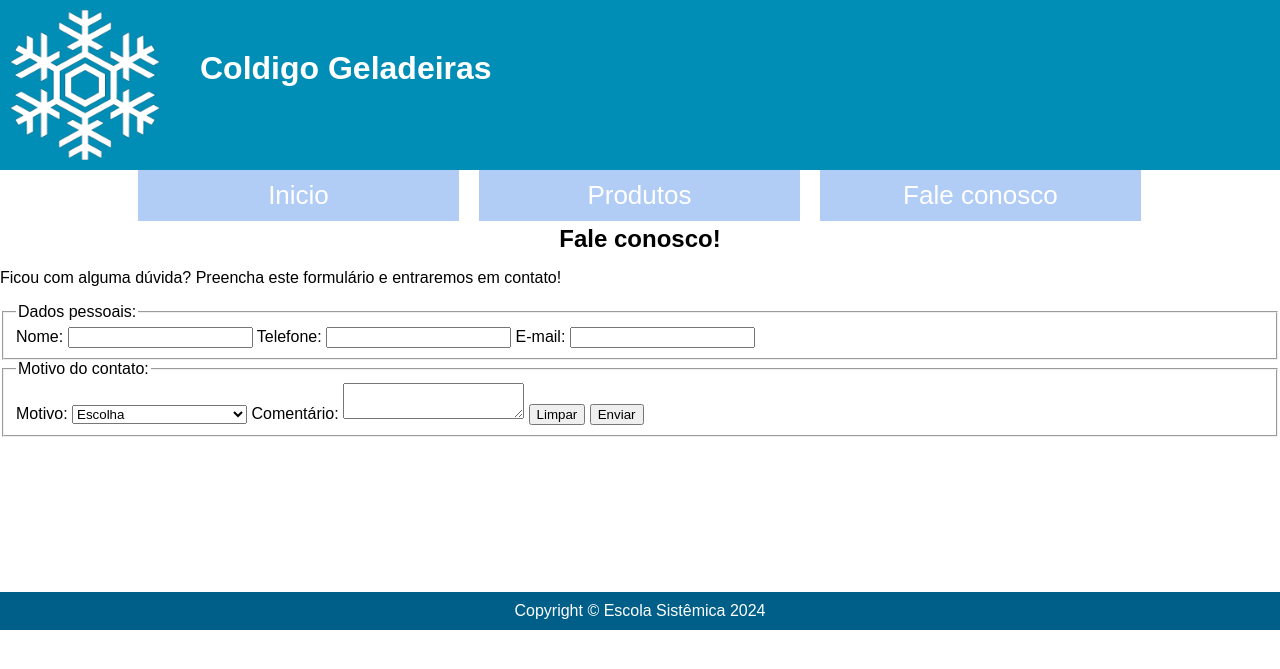
Repository: AndreiLGomes/faculdade
Page: http://localhost/ProjetoTrilhaWeb/pages/site/faleconosco.html
These files come from the project's save history. The page is drawn as it stood at one moment and after the next save; the edit follows.
The browser window is 1280 px wide. The pictures show the whole page.
The page is served by Tomcat 9.

Above is the page before, as saved 2024-04-10 22:31:48.

After the next save:
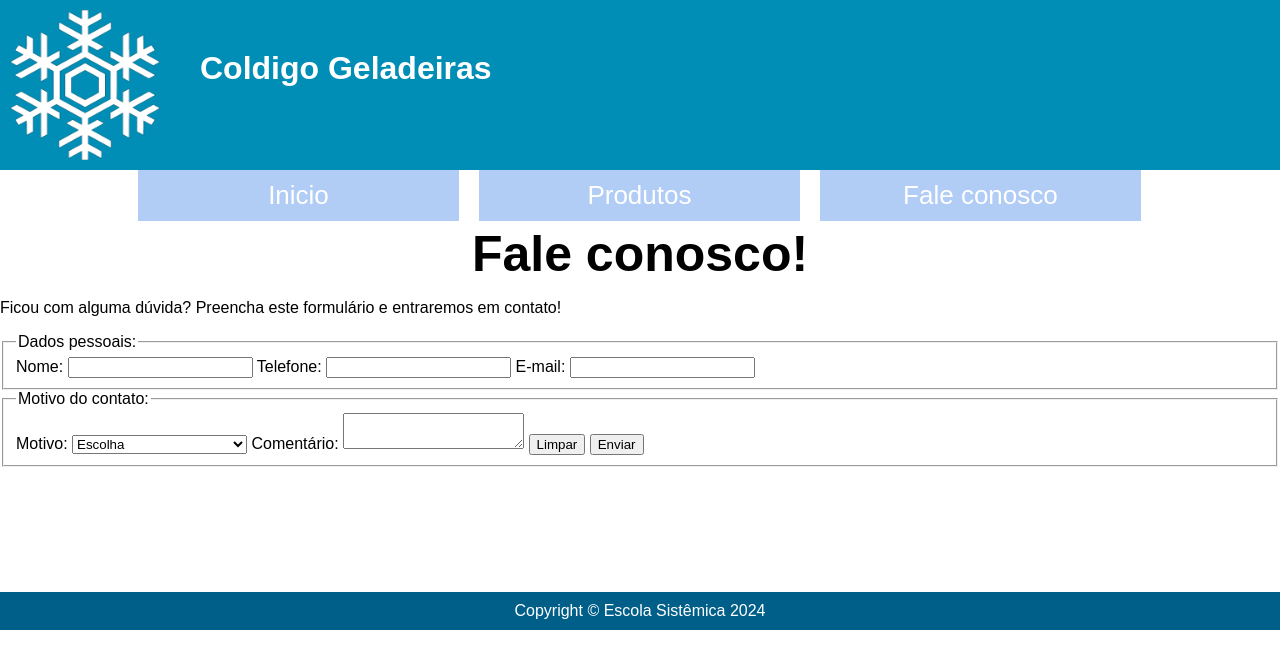
Saved 26 s later.
--- a/2 ano/WorkspaceTrilhaWeb/ProjetoTrilhaWeb/src/main/webapp/css/site.css
+++ b/2 ano/WorkspaceTrilhaWeb/ProjetoTrilhaWeb/src/main/webapp/css/site.css
@@ -98,5 +98,5 @@ h2{
 	text-align: center;
 	margin-top: 0px;
 	margin-bottom: 10px;
-
+	font-size: 50px;
 }
